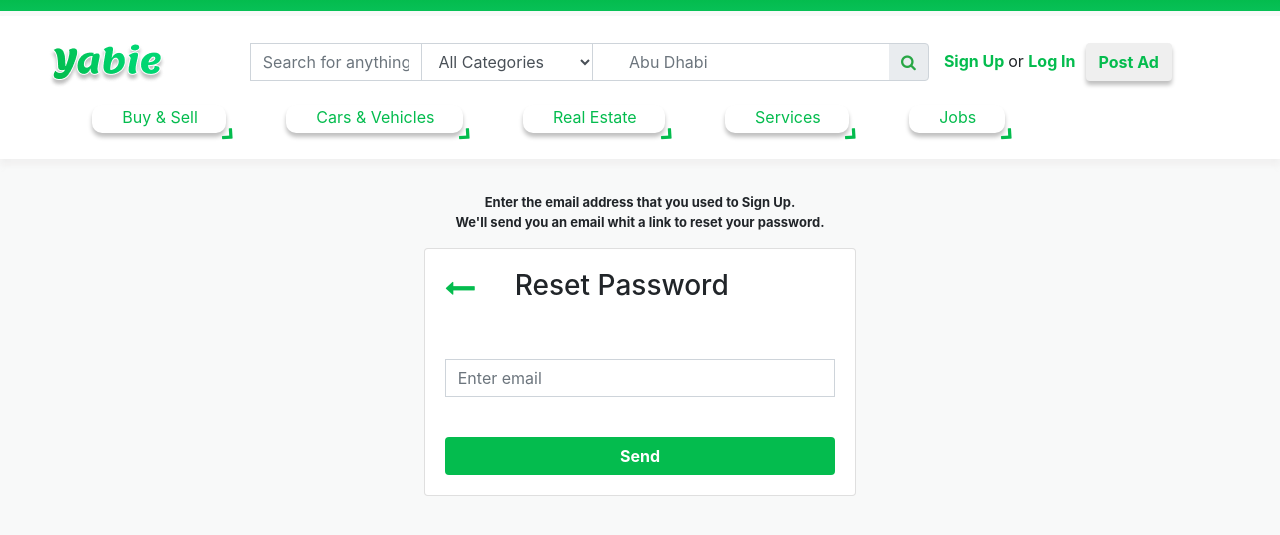
Repository: muazzamkha95/yabie
Page: notification-forgot-password.html
The author's editor kept a copy of each file at every save. The page is drawn from the files as they stood at one save, then again after the next save.
The browser window is 1280 px wide. The pictures show the whole page.

Above is the page before, as saved 2020-07-09 16:07:11.
Console error: TypeError: Cannot read properties of undefined (reading 'fn')

### notification-forgot-password.html
<!DOCTYPE html>
<html lang="en">
<head>
    <meta charset="UTF-8">
    <meta name="viewport" content="width=device-width, initial-scale=1.0">
    <title>SignUp Page</title>

    <link rel="stylesheet" href="https://maxcdn.bootstrapcdn.com/bootstrap/4.0.0/css/bootstrap.min.css" integrity="sha384-Gn5384xqQ1aoWXA+058RXPxPg6fy4IWvTNh0E263XmFcJlSAwiGgFAW/dAiS6JXm" crossorigin="anonymous">
    <link rel="stylesheet" href="https://stackpath.bootstrapcdn.com/font-awesome/4.7.0/css/font-awesome.min.css" integrity="sha384-wvfXpqpZZVQGK6TAh5PVlGOfQNHSoD2xbE+QkPxCAFlNEevoEH3Sl0sibVcOQVnN" crossorigin="anonymous">
    <link href="css/main.css"  rel="stylesheet"></link>


</head>
<body>
        <div class="topBar"></div>
        <nav class="navbar">
            <div class="maincontainer">
                <div class="row">
                        <div class="col-md-2">
                            <a href="index.html"><img src="images/YabieLogo.png" alt="Yabie Logo" class="logo"/></a>
                        </div>
                        <div class="col-md-7">
                            <form class="form-inline" action="#">
                                <div class="input-group">
                                    <input type="text" class="form-control" placeholder="Search for anything" required>
                                    <select class="form-control border-right-0" required>
                                        <option>All Categories</option>
                                        <option value="a">A</option>
                                        <option value="b">B</option>
                                    </select>
                                    <div class="input-group">
                                        <div class="input-group-append">
                                            <span class="input-group-text bg-white text-success border-right-0"><i class="fa fa-map-marker-alt"></i></span>
                                        </div>
                                        <input type="text" class="form-control border-left-0 border-right-0" placeholder="Abu Dhabi" required>
                                        <div class="input-group-append">
                                            <button type="submit" class="input-group-text"><i class="fa fa-search text-success"></i></button>
                                        </div>
                                    </div>
                                </div>
                            </form>
                        </div>
                        <div class="col-md-3" >
                            <div class="row text-center">
                                <span style="padding-top: 6px;">
                                    <span class="btext"><a href="signup.html">Sign Up </a>  </span>  or <span class="btext"><a href="login.html">Log In</a></span>
                                </span>

                                <button class="btn btn-default btext pull-right boxshadow" style="margin-left: 10px;">Post Ad</button>
                            </div>
                        </div>

                </div>
                <div class="row mt-3" >
                    <span class="categoryTab">Buy & Sell <i class="keyboard_arrow_down_24px_rounded fa fa-chevron-right "></i></span>
                    <span class="categoryTab">Cars & Vehicles  <i class="keyboard_arrow_down_24px_rounded fa fa-chevron-right "></i></span>
                    <span class="categoryTab">Real Estate <i class="keyboard_arrow_down_24px_rounded fa fa-chevron-right "></i></span>
                    <span class="categoryTab">Services <i class="keyboard_arrow_down_24px_rounded fa fa-chevron-right "></i></span>
                    <span class="categoryTab">Jobs <i class="keyboard_arrow_down_24px_rounded fa fa-chevron-right "></i></span>
                </div>
            </div>
        </nav>

        <main  role="main" class="mainSection">
            <div class="container d-flex justify-content-center" >
                    <div class="col-md-5">
                        <p style="font-size:small; font-weight: bold;" class="text-center">Enter the email address that you used to Sign Up.<br> We'll send you an email whit a link to reset your password.</p>
                        <div class="card" style="padding: 20px;">
                            <div class="row">
                                <div class="col-md-2">
                                    <a href="login.html"><i class="fa fa-long-arrow-left back-arr mt-1"></i></a>
                                </div>
                                <div class="col-md-10 ">
                                    <h3>Reset Password</h3>
                                </div>
                            </div>
                            <div class="row">
                                <div class="col-md-12">
                                    <form action="/action_page.php">
                                        <br/>
                                        <br/>
                                        <div class="form-group">
                                          <input type="email" class="form-control" id="email" placeholder="Enter email" name="email">
                                        </div>
                                        <br/>

                                        <button type="submit" class="btn btn-default login-btn">Send</button>
                                      </form>
                                </div>
                            </div>
                        </div>
                    </div>

            </div>

        </main>


</body>
<script src="https://maxcdn.bootstrapcdn.com/bootstrap/4.0.0/js/bootstrap.min.js" integrity="sha384-JZR6Spejh4U02d8jOt6vLEHfe/JQGiRRSQQxSfFWpi1MquVdAyjUar5+76PVCmYl" crossorigin="anonymous"></script>
<script src="js/main.js" type="text/javascript"></script>
</html>

### css/main.css
/* Body */
*{
    padding: 0;
    margin: 0;
}
body{
    background: #F8F9F9;

}
a{
    color: #04BC4E;
    text-decoration: none;
    font-weight: bold;
}
a:hover{
    color: #04BC4E;
}

/* Main navbar css */

.topBar{

    position: absolute;
    width: 100%;
    height: 11px;
    left: 0px;
    top: 0px;

    background: linear-gradient(180deg, #04BC4E 0%, #15D57B 537.5%);
}


nav{
    position: absolute;
    width: 100%;
    height: 143px;
    left: 0px;
    top: 16px;
    background: #FFFFFF;
    box-shadow: 0px 6px 6px rgba(219, 214, 214, 0.25);
    padding-top: 20px;
}

.maincontainer{
    width: 95%;
    margin-left:auto;
    margin-right: auto;
}

.logo{
    height: 100;
}
.btext{
    font-weight: bold;
    color: #04BC4E;
}
.light-text{
    color:lightgray;
}
.light-note-text{
    font-size: 12px;
    color:lightgray;
}

.boxshadow{
    box-shadow: 0px 4px 4px rgba(0, 0, 0, 0.25);
}

.categoryTab{
    display: inline;
    box-shadow: 0px 4px 4px rgba(0, 0, 0, 0.25);
    background-color: #FFFFFF;
    color: #04BC4E;
    border-radius: 10px;
    margin-left: 60px;
    padding-left: 30px;


}
.keyboard_arrow_down_24px_rounded{
    position: relative;
    width: 24px;
    height: 24px;
    left:17px;
    top: 22px;
    transform: rotate(41.5deg);

}

/* Main section  */

.mainSection{
    width: 90%;
    margin-left: auto;
    margin-right: auto;
    margin-top: 50px;



}


.sectionTitle{

    font-family:sans-serif;
    font-style: normal;
    font-weight: 500;
    font-size: 24px;
    line-height: 29px;

    color: #3E4153;
}
.sectionSeeAll{
    color: #04BC4E;
    margin-right: 20px;
}
/* Ad card  */

.adcard{
    background: #FFFFFF;
    padding: 10px;
    margin-right: 21.85px;
    width: 177px;
}
.adTitle{
    font-family: sans-serif;
    font-style: normal;
    font-weight: bold;
    font-size: 16px;
    line-height: 19px;
    color: #000000;
    margin-top: 20px;
}
.adPrice{
    position: relative;
    width: 81px;
    height: 33px;
    left: -160px;
    top: 60px;
    padding: 5px;

    background: #4F4A4A;
    mix-blend-mode: hard-light;
    border-radius: 0px 10px 10px 0px;
    z-index: 999;
}

/* Login Page */

.mainSectionLogin{

    height: 100vh;
    background: linear-gradient(257.12deg, #04BC4E 56.95%, #15D57B 84.28%);
}
.login-btn{
    width: 100%;
    background-color:  #04BC4E;
    color: white;
    font-weight: bold;
}

input{
    border-radius: 0 !important;
    /* margin: 40px 0px 40px 0px; */
}

/* Email Confirmation Page */
.confirm-head{
    background: linear-gradient(180deg, #04BC4E 15.92%, #15D57B 113.67%);
    height: 87px;
}
.confirm-body{
    background:#FFFFFF;
    height: 60vh;
    padding: 50px 20px 50px 20px;
}

.confirm-head > h2{
    color: white;
    padding-top: 20px;
}

.back-arr{
    font-size: 30px;
    color:#04BC4E;
}

Loaded but not shown: js/main.js (no stored copy; drawn as an empty file)

After the next save:
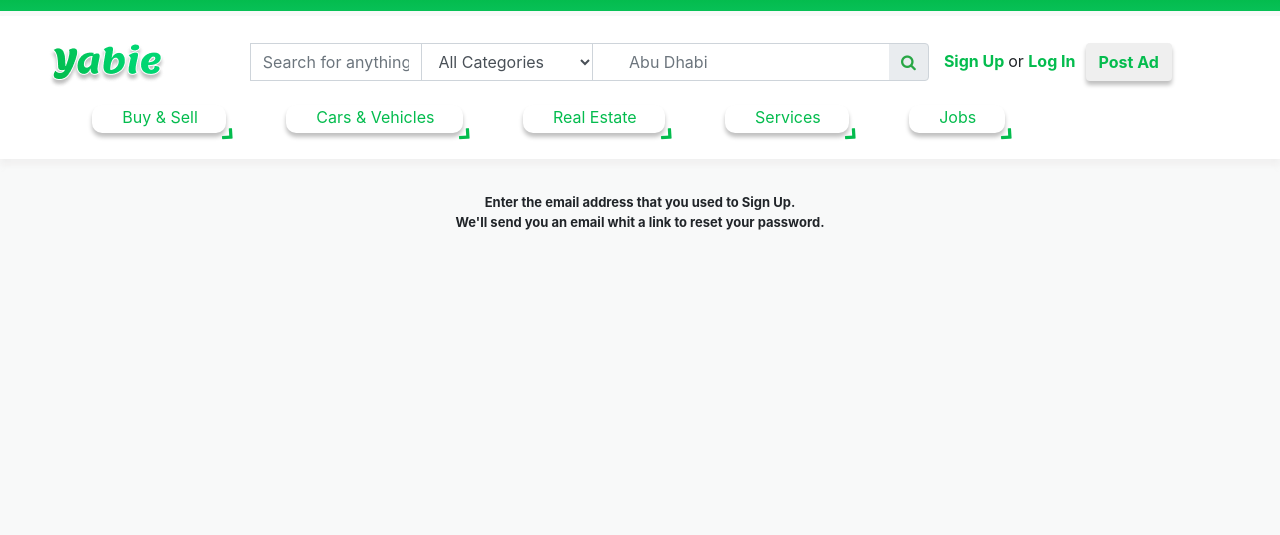
Saved 19 s later.
--- a/notification-forgot-password.html
+++ b/notification-forgot-password.html
@@ -65,29 +65,6 @@
             <div class="container d-flex justify-content-center" >
                     <div class="col-md-5">
                         <p style="font-size:small; font-weight: bold;" class="text-center">Enter the email address that you used to Sign Up.<br> We'll send you an email whit a link to reset your password.</p>
-                        <div class="card" style="padding: 20px;">
-                            <div class="row">
-                                <div class="col-md-2">
-                                    <a href="login.html"><i class="fa fa-long-arrow-left back-arr mt-1"></i></a>
-                                </div>
-                                <div class="col-md-10 ">
-                                    <h3>Reset Password</h3>
-                                </div>
-                            </div>
-                            <div class="row">
-                                <div class="col-md-12">
-                                    <form action="/action_page.php">
-                                        <br/>
-                                        <br/>
-                                        <div class="form-group">
-                                          <input type="email" class="form-control" id="email" placeholder="Enter email" name="email">
-                                        </div>
-                                        <br/>
-
-                                        <button type="submit" class="btn btn-default login-btn">Send</button>
-                                      </form>
-                                </div>
-                            </div>
                         </div>
                     </div>
 
